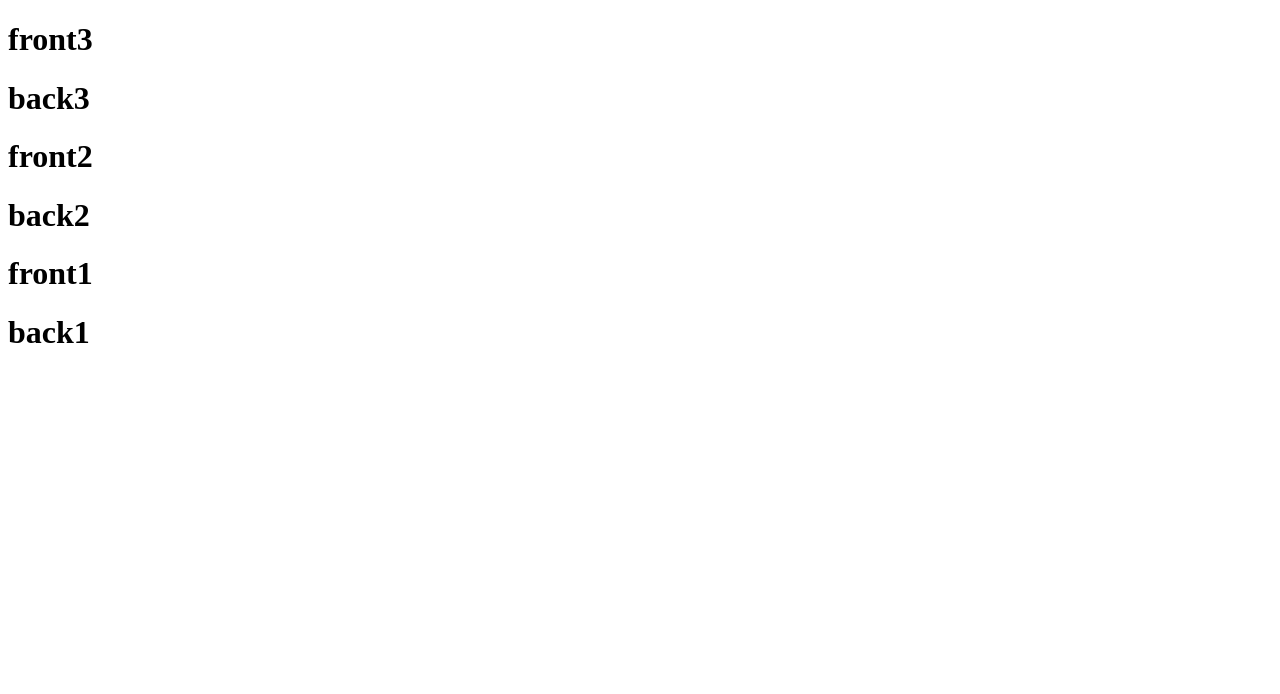
Repository: minkyung0421/jsp_travel_project
Page: http://localhost/Travel_Project/layerTest.jsp
The author's editor kept a copy of each file at every save. The page is drawn from the files as they stood at one save, then again after the next save.
The browser window is 1280 px wide. The pictures show the whole page.
Some web libraries are served in a nearby version. The page is served by Tomcat 9.

Above is the page before, as saved 2018-08-21 06:58:20.

After the next save:
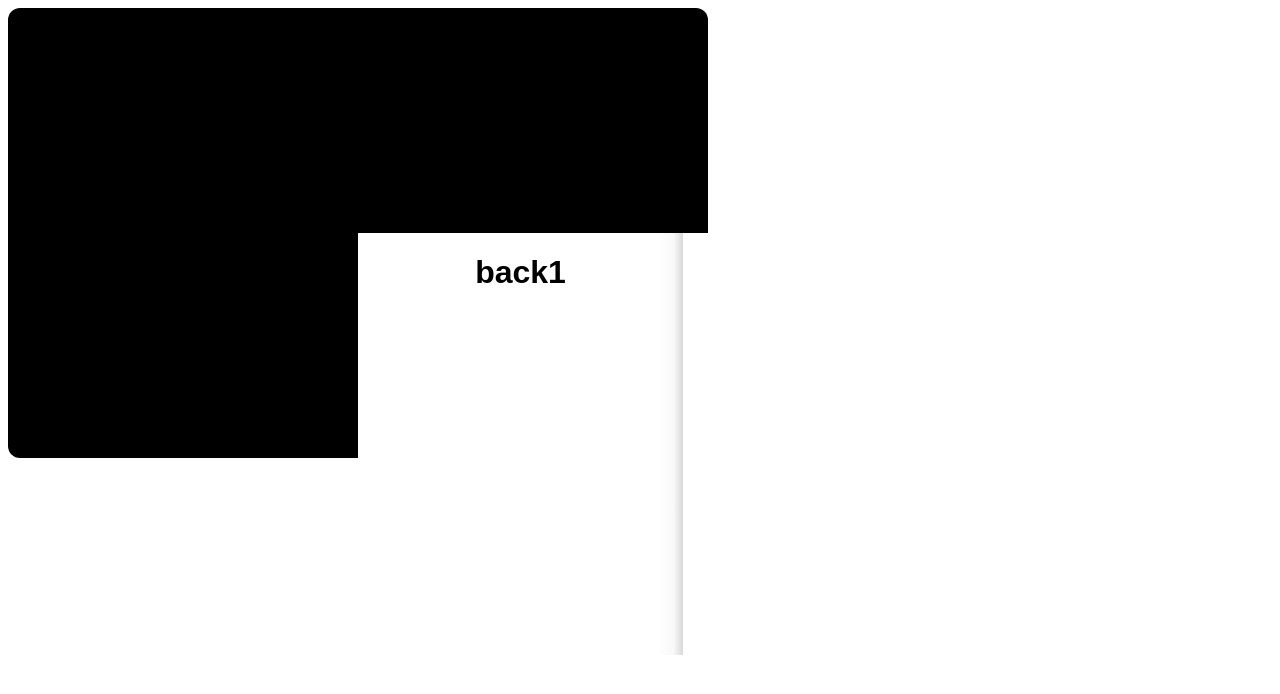
Saved 13 s later.
--- a/jsp_travel_project/Travel_Project/WebContent/layerTest.jsp
+++ b/jsp_travel_project/Travel_Project/WebContent/layerTest.jsp
@@ -10,7 +10,88 @@
 <title>Insert title here</title>
 </head>
 <style>
-.mySlides {display:none;}
+body {
+  font-family:sans-serif;
+}
+.bookWrapper {
+  width:700px;
+  height:450px; //multiply by 1.3 to get proper height
+}
+.bookBg {
+  position:relative;
+  background-color: #000000;
+  width:100%;
+  height:100%;
+  border-radius: 12px;
+}
+.centerClass {
+  position:absolute;
+  left:50%;
+  top:50%;
+}
+.pageBg {
+  background-color: #ffffff;
+  width:652px;
+  height:422px;
+  border-radius: 0px;
+}
+.spineCenter {
+  width:2px;
+  height:422px;
+  border-radius: 0px;
+  background:rgba(101,101,101,.4);
+}
+.pageWrapper {
+  position:relative;
+  width:325px;
+  height:422px;
+  float: left;
+  -webkit-font-smoothing:antialiased;
+}
+.pageFace {
+  position:absolute;
+  width:325px;
+  height:422px;
+  overflow:hidden;
+  text-align: center;
+}
+.front {
+  background: linear-gradient(to right,  #d9d9d9 0%,#f9f9f9 3%,#ffffff 8%,#ffffff 100%);
+
+}
+.back {
+  background: linear-gradient(to right,  #ffffff 0%,#ffffff 92%,#f9f9f9 97%,#d9d9d9 100%);
+}
+.pageFoldRight {
+  position: absolute;
+    width:  0px;
+    height: 0px;
+    top:  0;
+    right: 0;
+    border-left-width: 1px;
+    border-left-color: #DDDDDD;
+    border-left-style: solid;
+    border-bottom-width: 1px;
+    border-bottom-color: #DDDDDD;
+    border-bottom-style: solid;
+    box-shadow: -5px 5px 10px #dddddd;
+}
+.pageFoldLeft {
+   position: absolute;
+    width:  0px;
+    height: 0px;
+    top:  0;
+    left: 0;
+    border-right-width: 1px;
+    border-right-color: #DDDDDD;
+    border-right-style: solid;
+    border-bottom-width: 1px;
+    border-bottom-color: #DDDDDD;
+    border-bottom-style: solid;
+    box-shadow: 5px 5px 10px #dddddd;
+}
+
+
 </style>
 <body>
 <script language="javascript">
